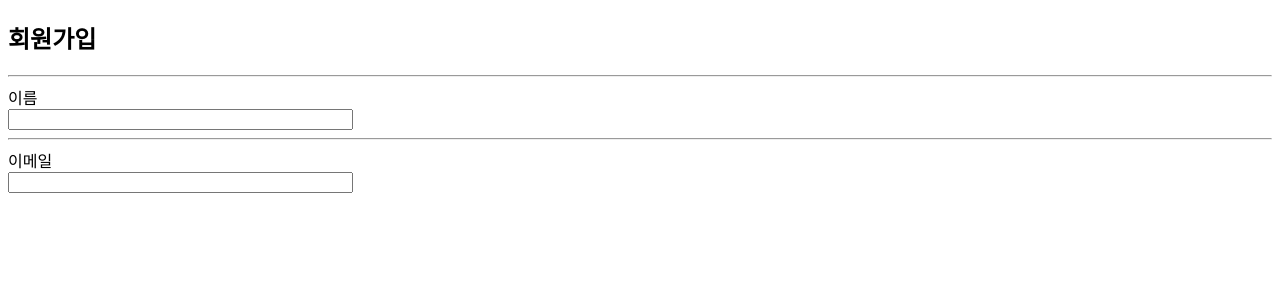
Repository: Hiron-Musk/JSP_ex
Page: jwbook/src/main/webapp/ch03/reform.html
The author's editor kept a copy of each file at every save. The page is drawn from the files as they stood at one save, then again after a run of saves.
The browser window is 1280 px wide. The pictures show the whole page.

Above is the page before, as saved 2024-03-08 05:25:32.

### jwbook/src/main/webapp/ch03/reform.html
<!DOCTYPE html>
<html>
	<head>
		<meta charset="UTF-8">
		<title>회원가입 폼 만들기 예제</title>
	</head>
	<body>
		<h2>회원가입</h2>
		<hr>
		<div id="reform">
			<form name="form1">
				<label>이름</label><br>
				<input type="text" name="name" size="40"><br>
				<hr>
				<label>이메일</label><br>
				<input type="email" name="email" size="40"><br>
			</form>
		</div>
	</body>
</html>

After the next 2 saves:
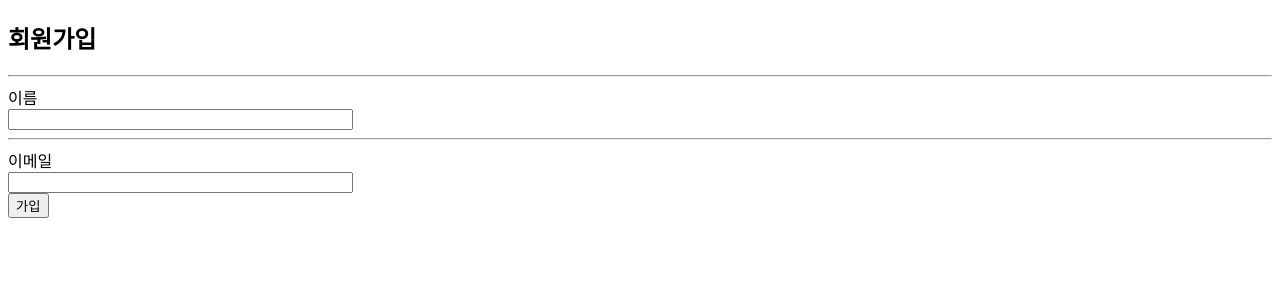
The 2 saves are shown as one change because they came seconds apart.
The last was saved 24 s later.
--- a/jwbook/src/main/webapp/ch03/reform.html
+++ b/jwbook/src/main/webapp/ch03/reform.html
@@ -14,6 +14,7 @@
 				<hr>
 				<label>이메일</label><br>
 				<input type="email" name="email" size="40"><br>
+				<button type="button" onclick="signUp()">가입</button>
 			</form>
 		</div>
 	</body>
